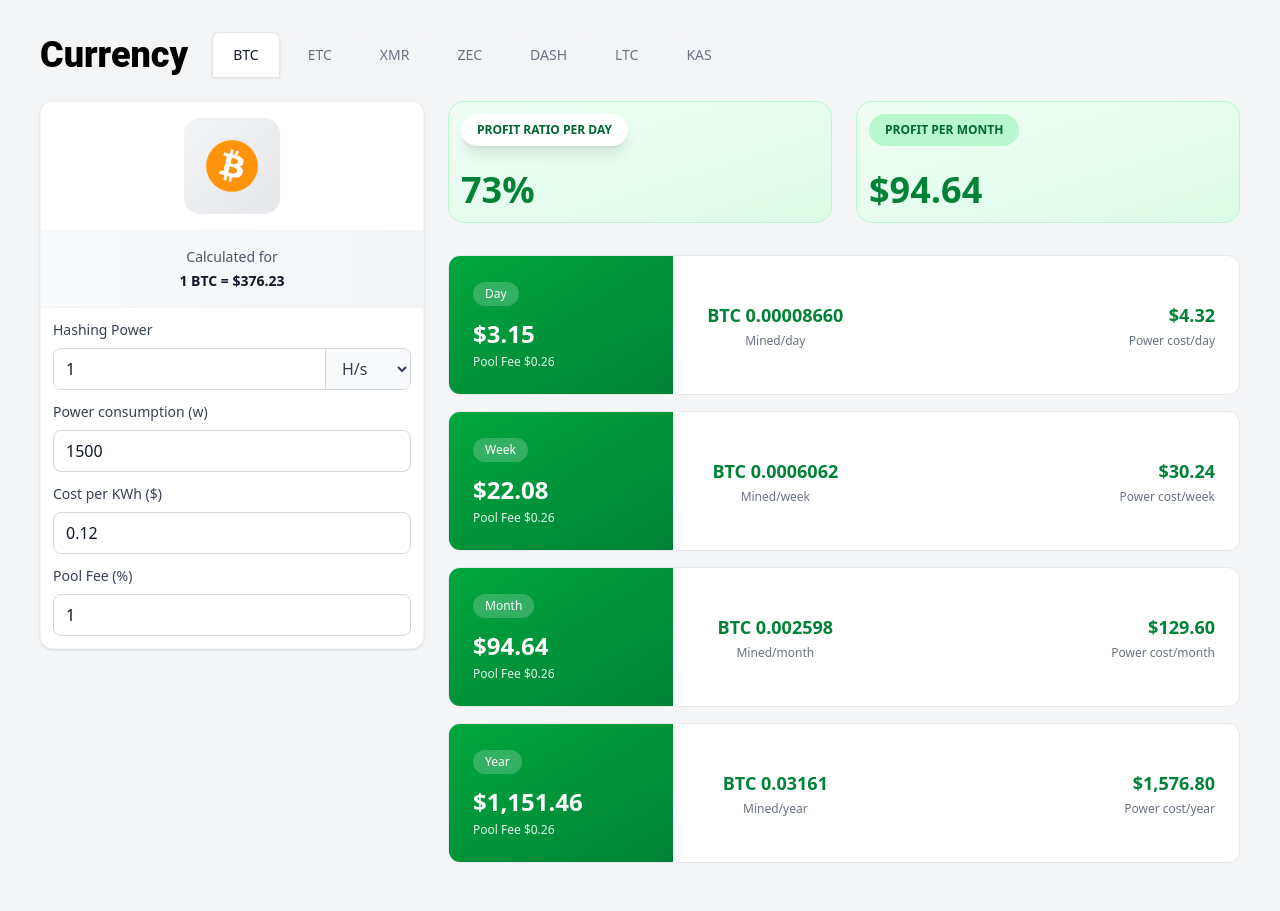
Repository: Bilal-Ahmad-CodeMaster/crypto-proj
Page: /
The author's editor kept a copy of each file at every save. The page is drawn from the files as they stood at one save, then again after the next save.
The browser window is 1280 px wide. The pictures show the whole page.
The project was rebuilt for these pictures with package versions that can differ from the ones it lists, and the page was loaded fresh each time. The framework's server and built-in components were replaced by stand-ins that run in the browser. Also part of the build but not shown: next.config.ts.

Above is the page before, as saved 2025-11-25 22:17:37.

After the next save:
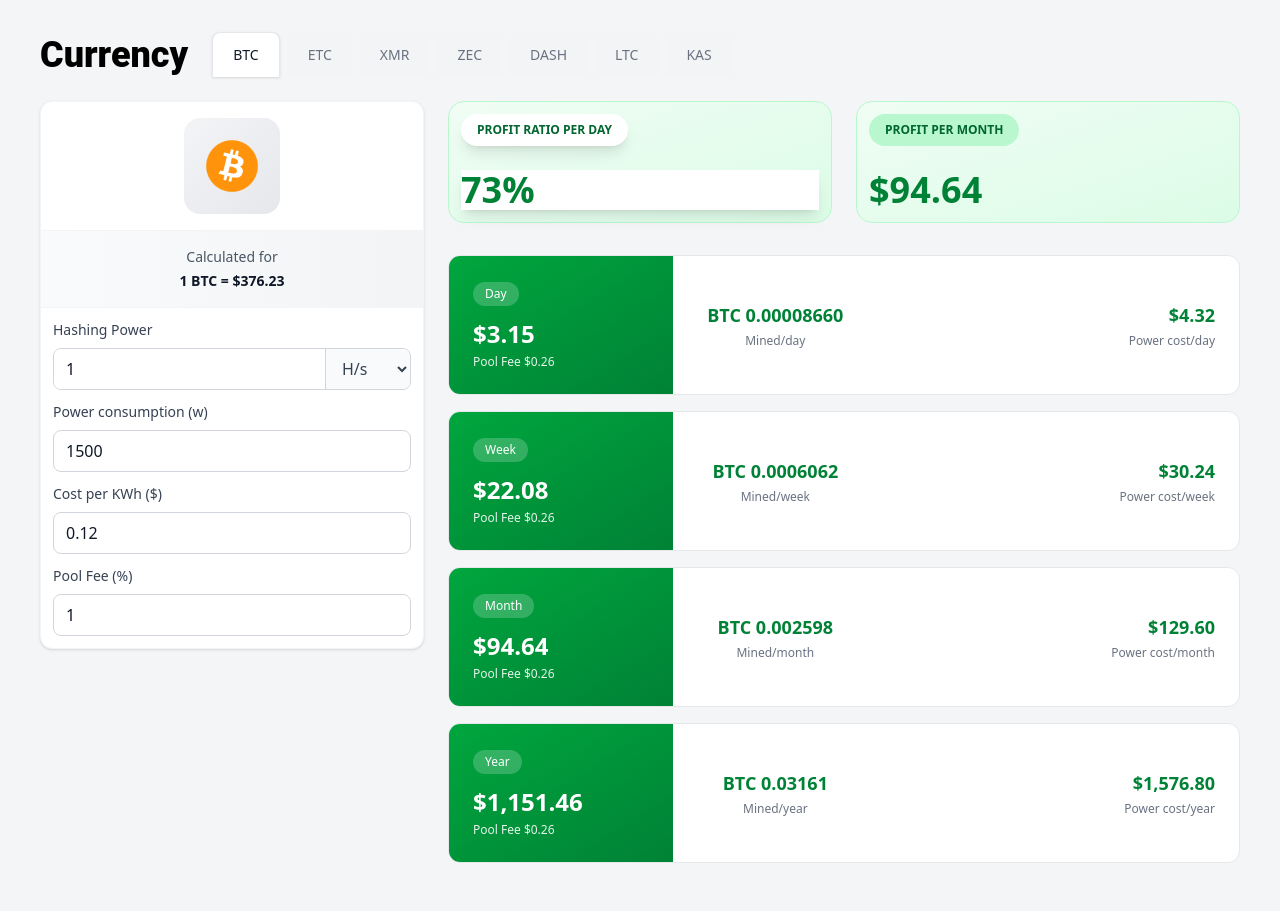
Saved 9 s later.
--- a/src/app/components/ResultCards.tsx
+++ b/src/app/components/ResultCards.tsx
@@ -42,7 +42,7 @@
                     <div className={`text-xs bg-white shadow-lg font-semibold ${positive ? ' text-green-800' : ' text-red-800'} inline-block px-4 py-2 rounded-full`}>
                         PROFIT RATIO PER DAY
                     </div>
-                    <div className={`text-4xl font-bold mt-6 ${positive ? 'text-green-700' : 'text-red-700'}`}>
+                    <div className={`text-4xl font-bold mt-6 bg-white shadow-lg ${positive ? 'text-green-700' : 'text-red-700'}`}>
                         {positive ? '73%' : '-70%'}
                     </div>
                 </div>

After the save that followed:
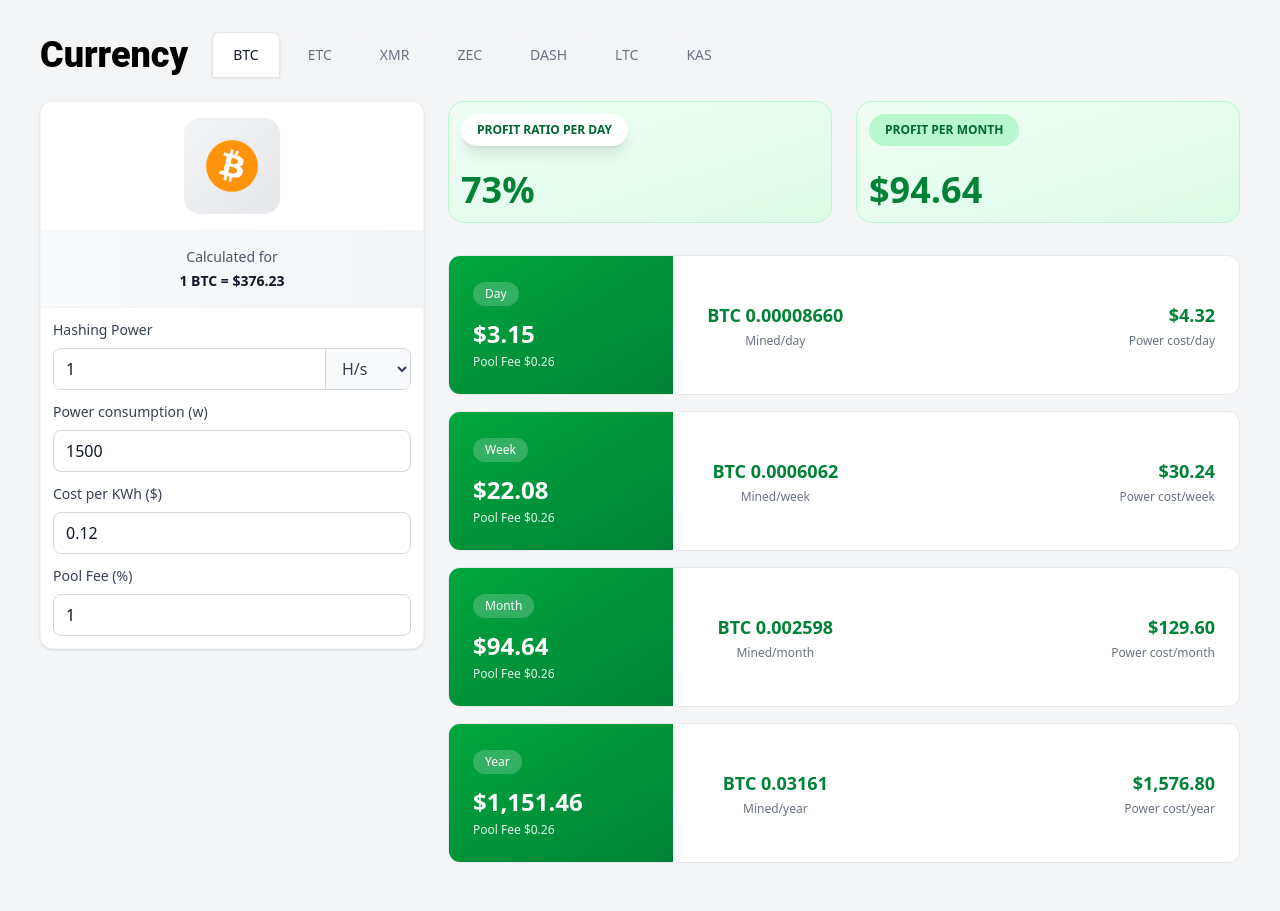
Saved 8 s later.
--- a/src/app/components/ResultCards.tsx
+++ b/src/app/components/ResultCards.tsx
@@ -42,7 +42,7 @@
                     <div className={`text-xs bg-white shadow-lg font-semibold ${positive ? ' text-green-800' : ' text-red-800'} inline-block px-4 py-2 rounded-full`}>
                         PROFIT RATIO PER DAY
                     </div>
-                    <div className={`text-4xl font-bold mt-6 bg-white shadow-lg ${positive ? 'text-green-700' : 'text-red-700'}`}>
+                    <div className={`text-4xl font-bold mt-6  ${positive ? 'text-green-700' : 'text-red-700'}`}>
                         {positive ? '73%' : '-70%'}
                     </div>
                 </div>
